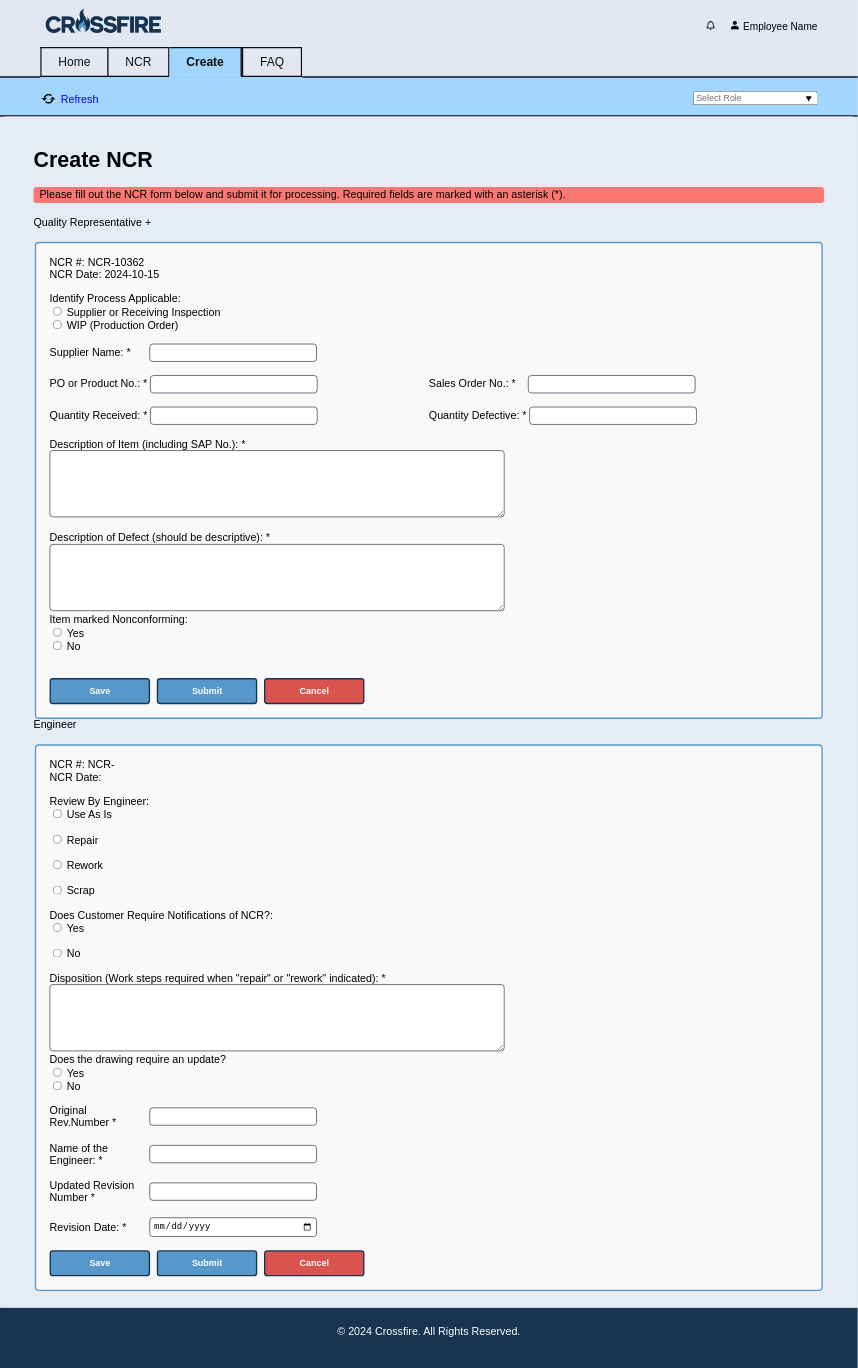
Repository: NyleNC/OSSProg1180
Page: OSS-CrossFire/create - Copy.html
These files come from the project's save history. The page is drawn as it stood at one moment and after the next save; the edit follows.
The browser window is 1280 px wide. The pictures show the whole page, at 67% of full size.

Above is the page before, as saved 2024-11-18 10:03:37.
Console error: TypeError: Cannot read properties of null (reading 'addEventListener')

### OSS-CrossFire/create - Copy.html
<!DOCTYPE html>
<html lang="en">
<head>
    <meta charset="UTF-8">
    <meta name="viewport" content="width=device-width, initial-scale=1.0">
    <title>CrossFireNCR</title>
    <!-- Google Fonts -->
    <link rel="preconnect" href="https://fonts.googleapis.com">
    <link rel="preconnect" href="https://fonts.gstatic.com" crossorigin>
    <link href="https://fonts.googleapis.com/css2?family=Merriweather+Sans:wght@300;400;500&display=swap" rel="stylesheet">

    <link href='https://unpkg.com/boxicons@2.1.4/css/boxicons.min.css' rel='stylesheet'>
    <link rel="stylesheet" href="style.css">
    <script src="script-create.js"></script>
</head>
<body>
    <header>
        <div class="global-header">
            <div class="logo">
                <img src="img/Crossfire-Logo-no-bkgd.png" alt="CrossFire Logo">
            </div>
            <div class="global-selection">

                <div class="notifications">
                    <a href="#" aria-label="Notifications"><i class='bx bx-bell'></i></a>
                </div>
                <div class="employee-info">
                    <i class='bx bxs-user' aria-hidden="true"></i>
                    <p>Employee Name</p>
                </div>

            </div>
        </div>

        <nav>
            <div class="navbar-pages">
                <ul>
                    <li ><a href="index copy.html">Home</a></li>
                    <li><a href="ncr.html">NCR</a></li>
                    <li class="active"><a href="create.html">Create</a></li>
                    <li><a href="faq.html">FAQ</a></li>
                </ul>
            </div>
            <div class="navbar-tools">
                <ul>
                    <li><i class='bx bx-refresh bx-sm' aria-hidden="true"></i><a href="ncr.html">Refresh</a></li>
                   <li class="ddlRole">
                    <input placeholder="Select Role" list="roles" name="role" id="roleInput" onchange="saveRole()">
                        <datalist id="roles">
                            <option value="Quality Rep">
                            <option value="Engineer">
                            <option value="Operations Manager">
                            <option value="Inspector">
                            <option value="Procurement">
                            <option value="Administrator">
                        </datalist>
                    </li>
                </ul>
            </div>
        </nav>
    </header>

    <main class="create-main">
        <h1>Create NCR</h1>
        <p class="edit-p">&nbsp; Please fill out the NCR form below and submit it for processing. Required fields are marked with an asterisk (*).</p>

        <div class="ncrSection">
            <div class="ncrSection-title">
                Quality Representative
                <span>+</span>
            </div>
            <form class="ncrSection-form" id="ncr-form" onsubmit="return validateForm()">
                <fieldset>

                    <div class="form-ncrNum">
                        <label for="ncrNumber">NCR #:</label>
                        <span id="ncrNumber">NCR-</span>
                    </div>
                    <div class="form-ncrDate">
                        <label for="ncrDate">NCR Date:</label>
                        <span id="ncrDate"></span>
                    </div><br>

                    <div class="lblIdf">
                        <label>Identify Process Applicable:</label>
                    </div>
                    <div class="form-ipa1">
                        <input type="radio" id="supp" name="process" value="suppotRec" onclick="enableDisableTextbox(this)">
                        <label for="supp">Supplier or Receiving Inspection</label><br>
                    </div>
                    <div class="form-ipa2">
                        <input type="radio" id="wip" name="process" value="supplier" onclick="enableDisableTextbox(this)">
                        <label for="wip">WIP (Production Order)</label>
                    </div><br>

                    <div class="form-group">
                        <label for="supplierName">Supplier Name: *</label>&nbsp;&nbsp;
                        <input type="text" id="supplierName" class="size-css" required pattern="[a-zA-Z ]{2,30}" title="Please enter a valid name (letters only).">
                    </div>

                    <div class="form-group">
                        <div class="left-side">
                            <label for="ProductNo">PO or Product No.: *</label>
                            <input type="text" id="ProductNo" required pattern="\d{5}" title="Please enter exactly 5 digits.">
                        </div>
                        <div class="left-side">
                            <label for="SaleOrderNo">Sales Order No.: *</label>&nbsp;&nbsp;&nbsp;
                            <input type="text" id="SaleOrderNo" required pattern="\d{5}" title="Please enter exactly 5 digits.">
                        </div>
                    </div>

                    <div class="form-group">
                        <div class="right-side">
                            <label for="quantityReceived">Quantity Received: *</label>
                            <input type="number" id="quantityReceived" required min="1" title="Please enter a valid quantity.">
                        </div>
                        <div class="right-side">
                            <label for="quantityDefective">Quantity Defective: *</label>
                            <input type="number" id="quantityDefective" required min="0" title="Please enter a valid quantity.">
                        </div>
                    </div>

                    <div class="form-ta-itemDes">
                        <label for="itemDescription">Description of Item (including SAP No.): *</label><br>
                        <textarea id="itemDescription" maxlength="3000" required></textarea>
                    </div><br>

                    <div class="form-ta-defDes">
                        <label for="defectDescription">Description of Defect (should be descriptive): *</label><br>
                        <textarea id="defectDescription" required></textarea>
                    </div>

                    <div class="lblImn">
                        <label>Item marked Nonconforming:</label>
                    </div>
                    <div class="form-Yes">
                        <input id="imnYes" name="nonconforming" type="radio" value="yes">
                        <label for="imnYes">Yes</label>
                    </div>
                    <div class="form-No">
                        <input id="imnNo" name="nonconforming" type="radio" value="no">
                        <label for="imnNo">No</label>
                    </div><br>

                    <div class="btnContainer">
                        <button type="save" class="btnSave">Save</button>
                        <button type="submit" class="btnSubmit">Submit</button>
                        <button type="button" class="btnCancel" onclick="goBack()">Cancel</button>
                    </div>
                </fieldset>
            </form>
        </div>

        <div class="ncrSection">
            <div class="ncrSection-title">Engineer</div>
            <form class="ncrSection-form" id="ncr-form" onsubmit="return validateForm()">
                <fieldset>

                    <div class="form-ncrNum">
                        <label for="ncrNumber">NCR #:</label>
                        <span id="ncrNumber">NCR-</span>
                    </div>
                    <div class="form-ncrDate">
                        <label for="ncrDate">NCR Date:</label>
                        <span id="ncrDate"></span>
                    </div><br>

                    <div class="lblIdf">
                        <label>Review By Engineer:</label>
                    </div>
                    <div class="form-ipa1">
                        <input type="radio" id="asIS" name="decsicion" value="asIS" >
                        <label>Use As Is</label>
                    </div><br>
                    <div class="form-ipa2">
                        <input type="radio" id="repair" name="decsicion" value="repair" >
                        <label>Repair</label>
                    </div><br>
                    <div class="form-ipa2">
                        <input type="radio" id="reWork" name="decsicion" value="reWork" >
                        <label>Rework</label>
                    </div><br>
                    <div class="form-ipa2">
                        <input type="radio" id="scrap" name="decsicion" value="scrap" >
                        <label>Scrap</label>
                    </div><br>

                    <div class="lblIdf">
                        <label>Does Customer Require Notifications of NCR?:</label>
                    </div>
                    <div class="form-ipa2">
                        <input type="radio" id="cusYes" name="cus" value="cusYes" >
                        <label>Yes</label>
                    </div><br>
                    <div class="form-ipa2">
                        <input type="radio" id="cusNO" name="cus" value="cusNO" >
                        <label >No</label>
                    </div><br>



                    <div class="form-ta-defDes">
                        <label for="disposition">Disposition (Work steps required when "repair" or "rework" indicated): *</label><br>
                        <textarea id="disposition" required></textarea>
                    </div>

                    <div class="lblImn">
                        <label>Does the drawing require an update?</label>
                    </div>
                    <div class="form-Yes">
                        <input id="imnYes" name="nonconforming" type="radio" value="yes">
                        <label for="imnYes">Yes</label>
                    </div>
                    <div class="form-No">
                        <input id="imnNo" name="nonconforming" type="radio" value="no">
                        <label for="imnNo">No</label>
                    </div><br>

                    <div class="form-group">
                        <label for="OgRev">Original Rev.Number *</label>&nbsp;&nbsp;
                        <input type="text" id="OgRev" class="size-css" required pattern="[a-zA-Z ]{2,30}" title="Please enter exactly 5 digits.">
                    </div>

                    <div class="form-group">
                        <label for="OgEng">Name of the Engineer: *</label>&nbsp;&nbsp;
                        <input type="text" id="OgEng" class="size-css" title="Please enter the name of the Original Engineer">
                    </div>

                    <div class="form-group">
                        <label for="newRev">Updated Revision Number *</label>&nbsp;&nbsp;
                        <input type="text" id="newRev" class="size-css" required pattern="[a-zA-Z ]{2,30}" title="Please enter exactly 5 digits">
                    </div>

                    <div class="form-group">
                        <label for="newRev">Revision Date: *</label>&nbsp;&nbsp;
                        <input type="date" name="revDate" />
                    </div>


                    <div class="btnContainer">
                        <button type="save" class="btnSave">Save</button>
                        <button type="submit" class="btnSubmit">Submit</button>
                        <button type="button" class="btnCancel" onclick="goBack()">Cancel</button>
                    </div>
                </fieldset>
            </form>
        </div>

    </main>

    <div id="successPopup" class="popup" style="display:none;">
        <div class="popup-content">
            <p>NCR created successfully!</p>
            <p>What would you like to do next?</p>
            <button onclick="createAnotherNCR()">Create Another NCR</button>
            <button onclick="viewAllNCRs()">View All NCRs</button>
            <button onclick="closePopup()">Close</button>
        </div>
    </div>

    <footer class="ncr-footer">
        <p>&copy; 2024 Crossfire. All Rights Reserved.</p>
    </footer>

    <script src="script-view.js"></script>
</body>
</html>

Loaded but not shown: OSS-CrossFire/script-view.js (123 lines, source omitted); OSS-CrossFire/script-create.js (14 lines, source omitted); OSS-CrossFire/style.css (850 lines, source omitted)

After the next save:
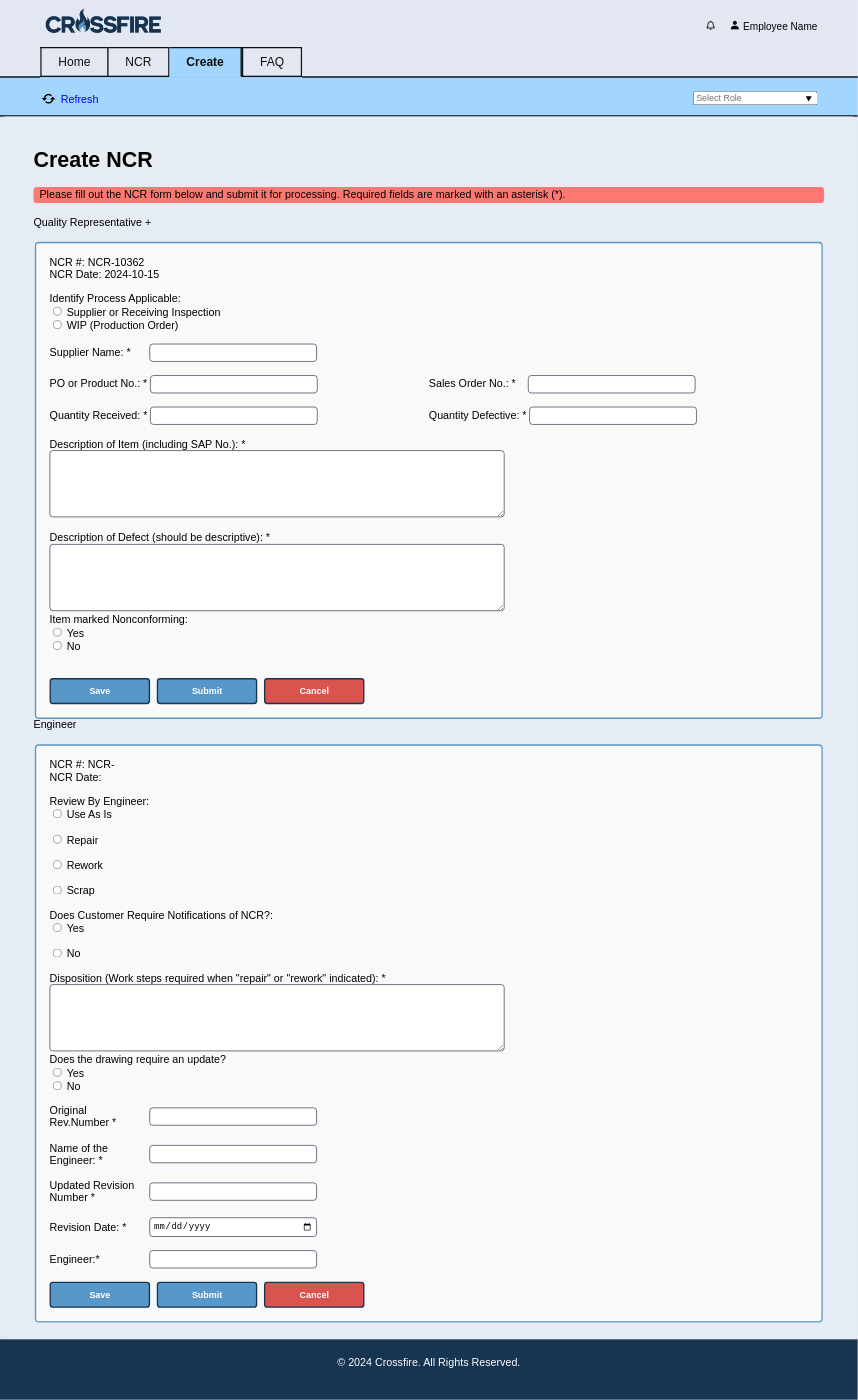
Saved 2 min 1 s later.
--- a/OSS-CrossFire/create - Copy.html
+++ b/OSS-CrossFire/create - Copy.html
@@ -236,6 +236,10 @@
                         <input type="date" name="revDate" />
                     </div>
 
+                    <div class="form-group">
+                        <label for="updaterEng">Engineer:*</label>&nbsp;&nbsp;
+                        <input type="text" id="updaterEng" class="size-css" title="Please Input your Name">
+                    </div>
 
                     <div class="btnContainer">
                         <button type="save" class="btnSave">Save</button>
